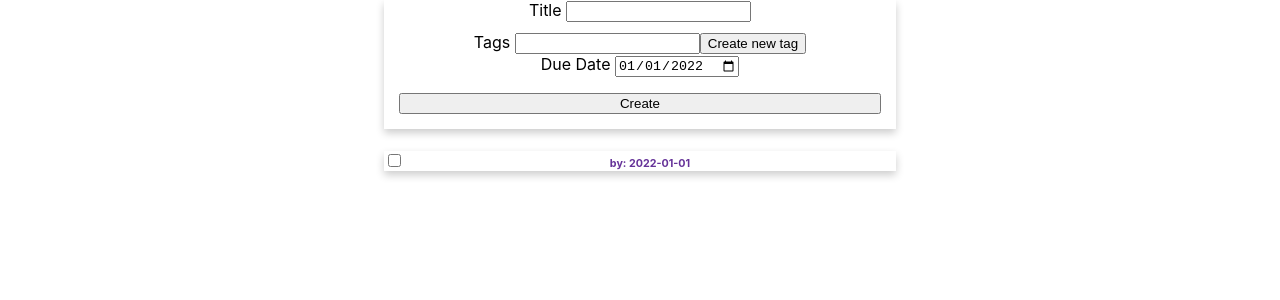
Repository: sanjayMamidipaka/reactappbits
Page: /, after clicking the first element matching `div.submitButton > button`
These files come from the project's save history. The page is drawn as it stood at one moment and after a run of saves; the edit follows.
The browser window is 1280 px wide. The pictures show the whole page.
The project was rebuilt for these pictures with package versions that can differ from the ones it lists, and the page was loaded fresh each time. Also part of the build but not shown: src/components/Tag.css, src/components/Tag.tsx.

Above is the page before, as saved 2022-01-18 18:15:50.

### src/App.tsx
import logo from './logo.svg';
import './App.css';
import TodoList from './components/TodoList';

function App() {
  return (
    <div className="App">
      <TodoList/>
    </div>
  );
}

export default App;

### src/components/TodoList.tsx
import React, { EventHandler } from 'react'
import './TodoList.css'
import { useState } from 'react'
import Tag from './Tag'
import TodoItem from './TodoItem'
/**
 * Thank you for applying to Bits of Good. You are free to add/delete/modify any
 * parts of this project. That includes changing the types.ts, creating css files,
 * modifying import statements, using contexts, etc. We do recommend to keep it simple.
 * You will not be judged based on complexity. We also recommend using
 * multiple components instead of coding everything on this file :)
 *
 * Have fun! Please reach out to hello@bitsofgood.org or wkim330@gatech.edu if you
 * have any questions!
 *
 * Bits of Good Engineering Team
 *
 */
// TODO: Start coding from here

// Here's a baseline todo item type.
// Feel free to extend or create your own interface!

export default function TodoList() {
  const [title, setTitle] = useState('');
  const [tagValue, setTagValue] = useState('');
  const [index, setIndex] = useState(0);
  const [date, setDate] = useState('2022-01-01');
  const completedItems: any[] = [];
  const [todoListCompletedItems, setTodoListCompletedItems] = useState(completedItems);

  const [tagArray, setTagArray] = useState<{name1: string, index1: number}[]>([]);

    const addNewTag = (e: React.MouseEvent<HTMLButtonElement>) => {
      e.preventDefault();
      if (tagValue !== "") {
        setTagArray((tagArray: {name1: string, index1: number}[]) => {
          return [...tagArray, {name1: tagValue, index1: index}];
        });
      }
      setIndex(index + 1);
      setTagValue('');

    }

    const removeElement = (index: number) => {
      setTagArray((tagArray)=>{
        let newTagArray = tagArray.filter((tagObject) => tagObject.index1 !== index);

        return newTagArray;
      })
      console.log(tagArray);

    }

    const handleSubmit = (e: React.MouseEvent<HTMLButtonElement>) => {
      const itemToAdd: any = {
      title: title,
      dueDate: date,
      tagList: tagArray,
      completed: false,
      idx: new Date().getTime().toString()
    }
    setTitle('');
    setTodoListCompletedItems([...todoListCompletedItems, itemToAdd]);
    setTagArray([]);
    }
  return (
    <div>
  <div className="card">
    <label htmlFor="nameLabel">Title </label>
        <input
          type="text"
          value={title}
          onChange={(e) => setTitle(e.target.value)}
        />
        <div style={{padding: '5px'}}></div>

        <label htmlFor="tagLabel">Tags </label>
        <input
          type="text"
          value={tagValue}
          onChange={(e) => setTagValue(e.target.value)}
        />
        <button type="submit" onClick={addNewTag}>
          Create new tag
        </button>

        <div>
          {tagArray.map((tagObject: {name1: string, index1: number}) => {
            return <Tag name={tagObject.name1} key={tagObject.index1} theIndex={tagObject.index1} remove={removeElement} include={"x"}></Tag>
          })}
        </div>

        <label htmlFor="dueDateLabel">Due Date </label>
        <input
          type="date"
          value={date}
          onChange={(e) => setDate(e.target.value)}
        />

        <div style={{padding: '15px'}} className = 'submitButton'>
          <button style ={{width: '100%'}} type='submit' onClick={handleSubmit}>Create</button>
        </div>

</div>

      <div>
          {todoListCompletedItems.map((todoListItem) => {
            return <TodoItem todoListItem={todoListItem} key={todoListItem.idx} index={todoListItem.idx}></TodoItem>
          })}
        </div>

        </div>
  )
}

### src/components/TodoList.css
.card {
  /* Add shadows to create the "card" effect */
  box-shadow: 0 4px 8px 0 rgba(0,0,0,0.2);
  transition: 0.3s;
  width: 40%;
  margin: 0 auto;
}

/* On mouse-over, add a deeper shadow */
.card:hover {
  box-shadow: 0 8px 16px 0 rgba(0,0,0,0.2);
}

/* Add some padding inside the card container */
.container {
  padding: 2px 16px;
}

### src/components/TodoItem.tsx
import React, { EventHandler } from 'react'
import Tag from './Tag';
import './TodoItem.css';

export default function TodoItem({todoListItem, index}: {todoListItem: any, index: string}) {
    const {title, dueDate, tagList, completed} = todoListItem;

    return (
        <div className="card">
            <input type="checkbox" style={{float: "left"}} />
            <h1 className="child">{title}</h1>
            <h6 className="child" style={{display: 'inline'}}>by: {dueDate}</h6>
            <div></div>
            {tagList.map((tagObject: {name1: string, index1: number}, index: number) => {
                return <Tag name={tagObject.name1} key={tagObject.index1} theIndex={tagObject.index1} remove={()=>{}} include={""}></Tag>
            })}
        </div>
    )
}

### src/components/TodoItem.css
.card {
  /* Add shadows to create the "card" effect */
  box-shadow: 0 4px 8px 0 rgba(0,0,0,0.2);
  transition: 0.3s;
  width: 40%;
  margin: 0 auto;
}

/* On mouse-over, add a deeper shadow */
.card:hover {
  box-shadow: 0 8px 16px 0 rgba(0,0,0,0.2);
}

/* Add some padding inside the card container */
.container {
  padding: 2px 16px;
}

.child {
    text-align: right;
    color: rebeccapurple;
}

Loaded but not shown: public/index.html (common file); src/index.tsx (common file); src/index.css (common file); src/reportWebVitals.js (common file); src/App.css (common file)

After the next 2 saves:
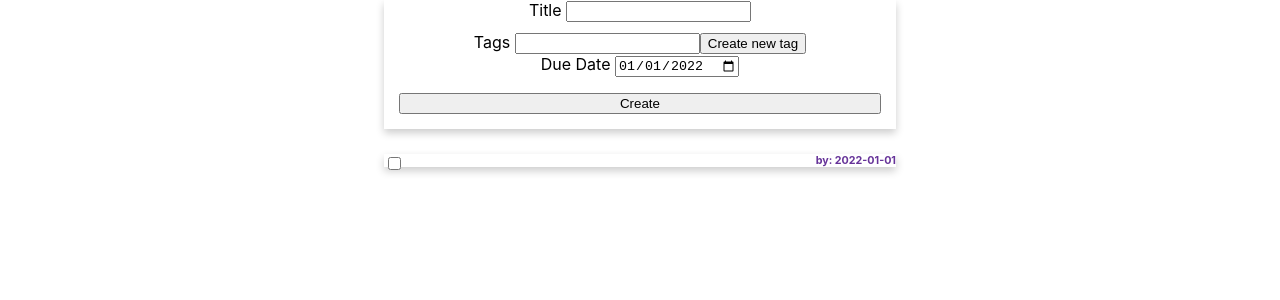
The 2 saves are shown as one change because they came seconds apart.
The last was saved 31 s later.
--- a/src/components/TodoItem.tsx
+++ b/src/components/TodoItem.tsx
@@ -9,7 +9,7 @@ export default function TodoItem({todoListItem, index}: {todoListItem: any, inde
         <div className="card">
             <input type="checkbox" style={{float: "left"}} />
             <h1 className="child">{title}</h1>
-            <h6 className="child" style={{display: 'inline'}}>by: {dueDate}</h6>
+            <h6 className="child">by: {dueDate}</h6>
             <div></div>
             {tagList.map((tagObject: {name1: string, index1: number}, index: number) => {
                 return <Tag name={tagObject.name1} key={tagObject.index1} theIndex={tagObject.index1} remove={()=>{}} include={""}></Tag>
